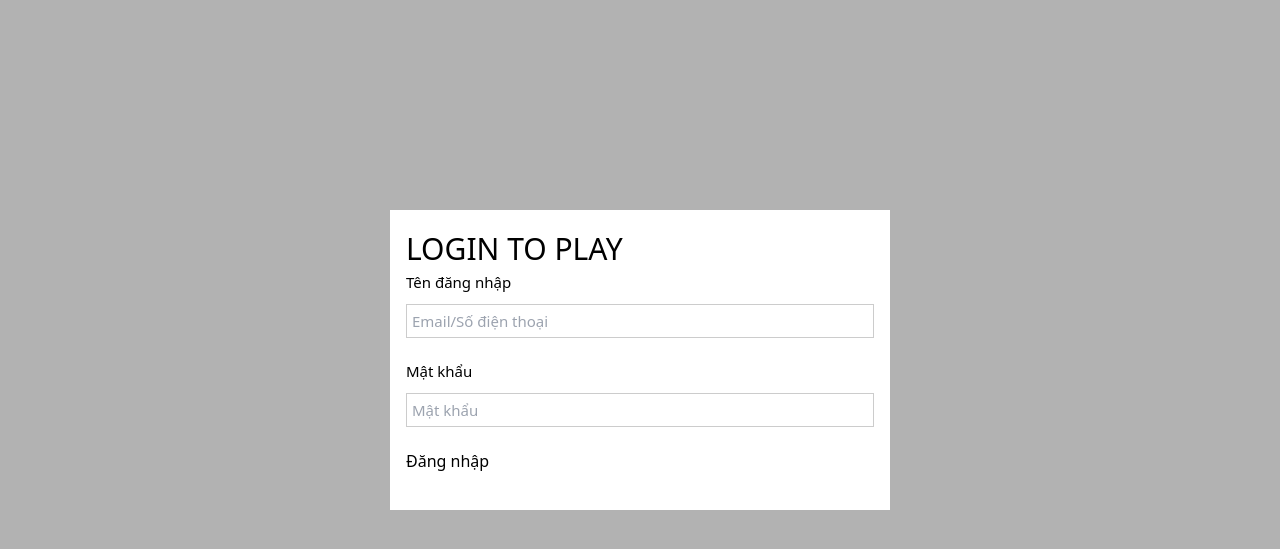
Repository: Teddy1705/demo_pj
Page: /
The author's editor kept a copy of each file at every save. The page is drawn from the files as they stood at one save, then again after the next save.
The browser window is 1280 px wide. The pictures show the whole page.
The project was rebuilt for these pictures with package versions that can differ from the ones it lists, and the page was loaded fresh each time. Also part of the build but not shown: vite.config.js.

Above is the page before, as saved 2024-04-16 09:54:11.

### index.html
<!DOCTYPE html>
<html lang="en">
  <head>
    <meta charset="UTF-8" />
    <link rel="icon" type="image/svg+xml" href="/vite.svg" />
    <meta name="viewport" content="width=device-width, initial-scale=1.0" />
    <title>Tic Tac Toe</title>
    <link rel="stylesheet" href="./src/index.css" />
  </head>
  <body>
    <div id="root"></div>
    <script type="module" src="/src/main.jsx"></script>
  </body>
</html>

### src/index.css
:root {
  --white-color: #fff;
  --black-color: #000;
}

/*
1. Prevent padding and border from affecting element width. (https://github.com/mozdevs/cssremedy/issues/4)
2. Allow adding a border to an element by just adding a border-width. (https://github.com/tailwindcss/tailwindcss/pull/116)
*/

*,
::before,
::after {
  box-sizing: border-box;
  /* 1 */
  border-width: 0;
  /* 2 */
  border-style: solid;
  /* 2 */
  border-color: #e5e7eb;
  /* 2 */
}

::before,
::after {
  --tw-content: "";
}

/*
1. Use a consistent sensible line-height in all browsers.
2. Prevent adjustments of font size after orientation changes in iOS.
3. Use a more readable tab size.
4. Use the user's configured `sans` font-family by default.
5. Use the user's configured `sans` font-feature-settings by default.
6. Use the user's configured `sans` font-variation-settings by default.
7. Disable tap highlights on iOS
*/

html,
:host {
  line-height: 1.5;
  /* 1 */
  -webkit-text-size-adjust: 100%;
  /* 2 */
  -moz-tab-size: 4;
  /* 3 */
  -o-tab-size: 4;
  tab-size: 4;
  /* 3 */
  font-family: ui-sans-serif, system-ui, sans-serif, "Apple Color Emoji",
    "Segoe UI Emoji", "Segoe UI Symbol", "Noto Color Emoji";
  /* 4 */
  font-feature-settings: normal;
  /* 5 */
  font-variation-settings: normal;
  /* 6 */
  -webkit-tap-highlight-color: transparent;
  /* 7 */
}

/*
1. Remove the margin in all browsers.
2. Inherit line-height from `html` so users can set them as a class directly on the `html` element.
*/

body {
  margin: 0;
  /* 1 */
  line-height: inherit;
  /* 2 */
}

/*
1. Add the correct height in Firefox.
2. Correct the inheritance of border color in Firefox. (https://bugzilla.mozilla.org/show_bug.cgi?id=190655)
3. Ensure horizontal rules are visible by default.
*/

hr {
  height: 0;
  /* 1 */
  color: inherit;
  /* 2 */
  border-top-width: 1px;
  /* 3 */
}

/*
Add the correct text decoration in Chrome, Edge, and Safari.
*/

abbr:where([title]) {
  -webkit-text-decoration: underline dotted;
  text-decoration: underline dotted;
}

/*
Remove the default font size and weight for headings.
*/

h1,
h2,
h3,
h4,
h5,
h6 {
  font-size: inherit;
  font-weight: inherit;
}

/*
Reset links to optimize for opt-in styling instead of opt-out.
*/

a {
  color: inherit;
  text-decoration: inherit;
}

/*
Add the correct font weight in Edge and Safari.
*/

b,
strong {
  font-weight: bolder;
}

/*
1. Use the user's configured `mono` font-family by default.
2. Use the user's configured `mono` font-feature-settings by default.
3. Use the user's configured `mono` font-variation-settings by default.
4. Correct the odd `em` font sizing in all browsers.
*/

code,
kbd,
samp,
pre {
  font-family: ui-monospace, SFMono-Regular, Menlo, Monaco, Consolas,
    "Liberation Mono", "Courier New", monospace;
  /* 1 */
  font-feature-settings: normal;
  /* 2 */
  font-variation-settings: normal;
  /* 3 */
  font-size: 1em;
  /* 4 */
}

/*
Add the correct font size in all browsers.
*/

small {
  font-size: 80%;
}

/*
Prevent `sub` and `sup` elements from affecting the line height in all browsers.
*/

sub,
sup {
  font-size: 75%;
  line-height: 0;
  position: relative;
  vertical-align: baseline;
}

sub {
  bottom: -0.25em;
}

sup {
  top: -0.5em;
}

/*
1. Remove text indentation from table contents in Chrome and Safari. (https://bugs.chromium.org/p/chromium/issues/detail?id=999088, https://bugs.webkit.org/show_bug.cgi?id=201297)
2. Correct table border color inheritance in all Chrome and Safari. (https://bugs.chromium.org/p/chromium/issues/detail?id=935729, https://bugs.webkit.org/show_bug.cgi?id=195016)
3. Remove gaps between table borders by default.
*/

table {
  text-indent: 0;
  /* 1 */
  border-color: inherit;
  /* 2 */
  border-collapse: collapse;
  /* 3 */
}

/*
1. Change the font styles in all browsers.
2. Remove the margin in Firefox and Safari.
3. Remove default padding in all browsers.
*/

button,
input,
optgroup,
select,
textarea {
  font-family: inherit;
  /* 1 */
  font-feature-settings: inherit;
  /* 1 */
  font-variation-settings: inherit;
  /* 1 */
  font-size: 100%;
  /* 1 */
  font-weight: inherit;
  /* 1 */
  line-height: inherit;
  /* 1 */
  letter-spacing: inherit;
  /* 1 */
  color: inherit;
  /* 1 */
  margin: 0;
  /* 2 */
  padding: 0;
  /* 3 */
}

/*
Remove the inheritance of text transform in Edge and Firefox.
*/

button,
select {
  text-transform: none;
}

/*
1. Correct the inability to style clickable types in iOS and Safari.
2. Remove default button styles.
*/

button,
input:where([type="button"]),
input:where([type="reset"]),
input:where([type="submit"]) {
  -webkit-appearance: button;
  /* 1 */
  background-color: transparent;
  /* 2 */
  background-image: none;
  /* 2 */
}

/*
Use the modern Firefox focus style for all focusable elements.
*/

:-moz-focusring {
  outline: auto;
}

/*
Remove the additional `:invalid` styles in Firefox. (https://github.com/mozilla/gecko-dev/blob/2f9eacd9d3d995c937b4251a5557d95d494c9be1/layout/style/res/forms.css#L728-L737)
*/

:-moz-ui-invalid {
  box-shadow: none;
}

/*
Add the correct vertical alignment in Chrome and Firefox.
*/

progress {
  vertical-align: baseline;
}

/*
Correct the cursor style of increment and decrement buttons in Safari.
*/

::-webkit-inner-spin-button,
::-webkit-outer-spin-button {
  height: auto;
}

/*
1. Correct the odd appearance in Chrome and Safari.
2. Correct the outline style in Safari.
*/

[type="search"] {
  -webkit-appearance: textfield;
  /* 1 */
  outline-offset: -2px;
  /* 2 */
}

/*
Remove the inner padding in Chrome and Safari on macOS.
*/

::-webkit-search-decoration {
  -webkit-appearance: none;
}

/*
1. Correct the inability to style clickable types in iOS and Safari.
2. Change font properties to `inherit` in Safari.
*/

::-webkit-file-upload-button {
  -webkit-appearance: button;
  /* 1 */
  font: inherit;
  /* 2 */
}

/*
Add the correct display in Chrome and Safari.
*/

summary {
  display: list-item;
}

/*
Removes the default spacing and border for appropriate elements.
*/

blockquote,
dl,
dd,
h1,
h2,
h3,
h4,
h5,
h6,
hr,
figure,
p,
pre {
  margin: 0;
}

fieldset {
  margin: 0;
  padding: 0;
}

legend {
  padding: 0;
}

ol,
ul,
menu {
  list-style: none;
  margin: 0;
  padding: 0;
}

/*
Reset default styling for dialogs.
*/

dialog {
  padding: 0;
}

/*
Prevent resizing textareas horizontally by default.
*/

textarea {
  resize: vertical;
}

/*
1. Reset the default placeholder opacity in Firefox. (https://github.com/tailwindlabs/tailwindcss/issues/3300)
2. Set the default placeholder color to the user's configured gray 400 color.
*/

input::-moz-placeholder,
textarea::-moz-placeholder {
  opacity: 1;
  /* 1 */
  color: #9ca3af;
  /* 2 */
}

input::placeholder,
textarea::placeholder {
  opacity: 1;
  /* 1 */
  color: #9ca3af;
  /* 2 */
}

/*
Set the default cursor for buttons.
*/

button,
[role="button"] {
  cursor: pointer;
}

/*
Make sure disabled buttons don't get the pointer cursor.
*/

:disabled {
  cursor: default;
}

/*
1. Make replaced elements `display: block` by default. (https://github.com/mozdevs/cssremedy/issues/14)
2. Add `vertical-align: middle` to align replaced elements more sensibly by default. (https://github.com/jensimmons/cssremedy/issues/14#issuecomment-634934210)
   This can trigger a poorly considered lint error in some tools but is included by design.
*/

img,
svg,
video,
canvas,
audio,
iframe,
embed,
object {
  display: block;
  /* 1 */
  vertical-align: middle;
  /* 2 */
}

/*
Constrain images and videos to the parent width and preserve their intrinsic aspect ratio. (https://github.com/mozdevs/cssremedy/issues/14)
*/

img,
video {
  max-width: 100%;
  height: auto;
}

/* Make elements with the HTML hidden attribute stay hidden by default */

[hidden] {
  display: none;
}

*,
::before,
::after {
  --tw-border-spacing-x: 0;
  --tw-border-spacing-y: 0;
  --tw-translate-x: 0;
  --tw-translate-y: 0;
  --tw-rotate: 0;
  --tw-skew-x: 0;
  --tw-skew-y: 0;
  --tw-scale-x: 1;
  --tw-scale-y: 1;
  --tw-pan-x: ;
  --tw-pan-y: ;
  --tw-pinch-zoom: ;
  --tw-scroll-snap-strictness: proximity;
  --tw-gradient-from-position: ;
  --tw-gradient-via-position: ;
  --tw-gradient-to-position: ;
  --tw-ordinal: ;
  --tw-slashed-zero: ;
  --tw-numeric-figure: ;
  --tw-numeric-spacing: ;
  --tw-numeric-fraction: ;
  --tw-ring-inset: ;
  --tw-ring-offset-width: 0px;
  --tw-ring-offset-color: #fff;
  --tw-ring-color: rgb(59 130 246 / 0.5);
  --tw-ring-offset-shadow: 0 0 #0000;
  --tw-ring-shadow: 0 0 #0000;
  --tw-shadow: 0 0 #0000;
  --tw-shadow-colored: 0 0 #0000;
  --tw-blur: ;
  --tw-brightness: ;
  --tw-contrast: ;
  --tw-grayscale: ;
  --tw-hue-rotate: ;
  --tw-invert: ;
  --tw-saturate: ;
  --tw-sepia: ;
  --tw-drop-shadow: ;
  --tw-backdrop-blur: ;
  --tw-backdrop-brightness: ;
  --tw-backdrop-contrast: ;
  --tw-backdrop-grayscale: ;
  --tw-backdrop-hue-rotate: ;
  --tw-backdrop-invert: ;
  --tw-backdrop-opacity: ;
  --tw-backdrop-saturate: ;
  --tw-backdrop-sepia: ;
  --tw-contain-size: ;
  --tw-contain-layout: ;
  --tw-contain-paint: ;
  --tw-contain-style: ;
}

::backdrop {
  --tw-border-spacing-x: 0;
  --tw-border-spacing-y: 0;
  --tw-translate-x: 0;
  --tw-translate-y: 0;
  --tw-rotate: 0;
  --tw-skew-x: 0;
  --tw-skew-y: 0;
  --tw-scale-x: 1;
  --tw-scale-y: 1;
  --tw-pan-x: ;
  --tw-pan-y: ;
  --tw-pinch-zoom: ;
  --tw-scroll-snap-strictness: proximity;
  --tw-gradient-from-position: ;
  --tw-gradient-via-position: ;
  --tw-gradient-to-position: ;
  --tw-ordinal: ;
  --tw-slashed-zero: ;
  --tw-numeric-figure: ;
  --tw-numeric-spacing: ;
  --tw-numeric-fraction: ;
  --tw-ring-inset: ;
  --tw-ring-offset-width: 0px;
  --tw-ring-offset-color: #fff;
  --tw-ring-color: rgb(59 130 246 / 0.5);
  --tw-ring-offset-shadow: 0 0 #0000;
  --tw-ring-shadow: 0 0 #0000;
  --tw-shadow: 0 0 #0000;
  --tw-shadow-colored: 0 0 #0000;
  --tw-blur: ;
  --tw-brightness: ;
  --tw-contrast: ;
  --tw-grayscale: ;
  --tw-hue-rotate: ;
  --tw-invert: ;
  --tw-saturate: ;
  --tw-sepia: ;
  --tw-drop-shadow: ;
  --tw-backdrop-blur: ;
  --tw-backdrop-brightness: ;
  --tw-backdrop-contrast: ;
  --tw-backdrop-grayscale: ;
  --tw-backdrop-hue-rotate: ;
  --tw-backdrop-invert: ;
  --tw-backdrop-opacity: ;
  --tw-backdrop-saturate: ;
  --tw-backdrop-sepia: ;
  --tw-contain-size: ;
  --tw-contain-layout: ;
  --tw-contain-paint: ;
  --tw-contain-style: ;
}

#modal {
  position: fixed;
  top: 0;
  right: 0;
  bottom: 0;
  left: 0;
  display: flex;
  align-items: center;
  justify-content: center;
}

#modal .modal__overlay {
  position: absolute;
  width: 100%;
  height: 100%;
  background-color: rgba(0, 0, 0, 0.3);
}

#modal .modal__body {
  position: relative;
  background-color: var(--white-color);
  margin: auto;
  width: 500px;
  min-height: 300px;
  padding: 16px;
}

.auth-form {
}

.auth-form__heading {
  font-size: 30px;
  text-transform: uppercase;
}

.auth-form__info {
}

.auth-form__info-details {
}

.auth-form__label {
  display: block;
  font-size: 15px;
}

.auth-form__info-input {
  border: 1px solid #ccc;
  width: 100%;
  font-size: 15px;
  padding: 5px;
  margin: 10px 0 22px;
}

.auth-form__btn {
}

### src/main.jsx
import React from "react";
import ReactDOM from "react-dom/client";
import App from "./App.jsx";
import { createBrowserRouter, RouterProvider } from "react-router-dom";
import Root from "./routes/root";
import "./index.css";

const router = createBrowserRouter([
  {
    path: "/",
    element: <Root />,
  },
]);

ReactDOM.createRoot(document.getElementById("root")).render(
  <React.StrictMode>
    <RouterProvider router={router} />
    <App />
  </React.StrictMode>
);

### src/routes/root.jsx
export default function Root() {
  return (
    <>
      <div id="modal">
        <div className="modal__overlay"></div>
        <div className="modal__body">
          <div className="auth-form">
            <h1 className="auth-form__heading">Login to play</h1>
            <div className="auth-form__info">
              <div className="auth-form__info-details">
                <label htmlFor="" className="auth-form__label">
                  Tên đăng nhập
                </label>
                <input
                  type="text"
                  className="auth-form__info-input"
                  placeholder="Email/Số điện thoại"
                />
              </div>
              <div className="auth-form__info-details">
                <label htmlFor="" className="auth-form__label">
                  Mật khẩu
                </label>
                <input
                  type="password"
                  className="auth-form__info-input"
                  placeholder="Mật khẩu"
                />
              </div>
            </div>
            <div className="auth-form__btn">
              <a
                href={`https://codesandbox.io/s/q2z497?file=%2Fsrc%2FApp.js&utm_medium=sandpack`}
                className=""
              >
                Đăng nhập
              </a>
            </div>
          </div>
        </div>
      </div>
      <div id="detail"></div>
    </>
  );
}

Loaded but not shown: src/App.jsx (common file)

After the next save:
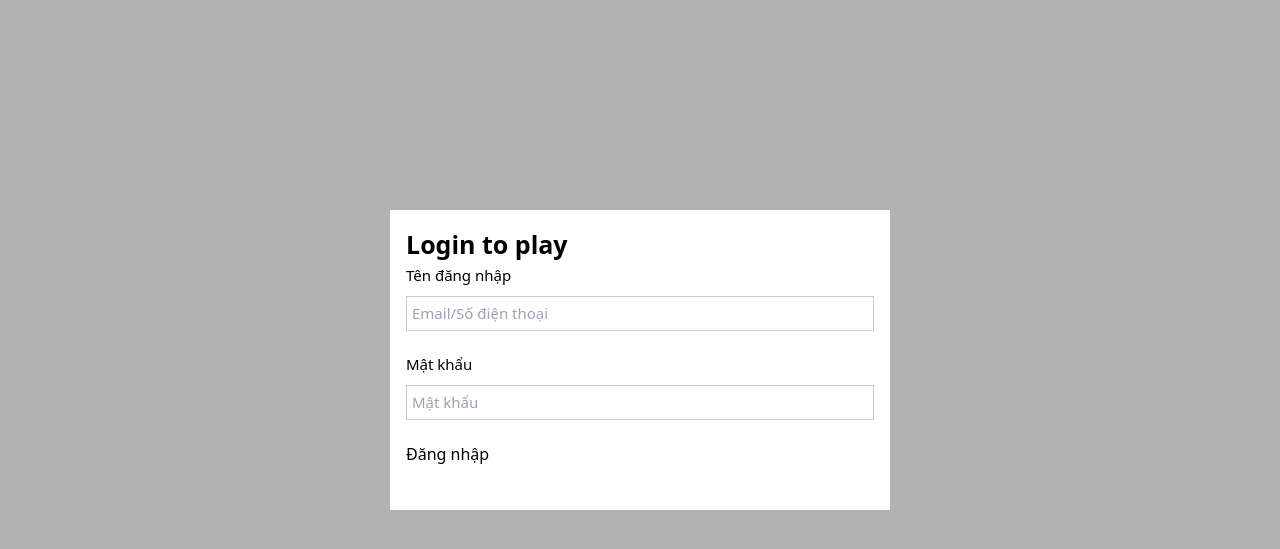
Saved 22 s later.
--- a/src/index.css
+++ b/src/index.css
@@ -591,8 +591,8 @@ video {
 }
 
 .auth-form__heading {
-  font-size: 30px;
-  text-transform: uppercase;
+  font-size: 25px;
+  font-weight: 700;
 }
 
 .auth-form__info {
